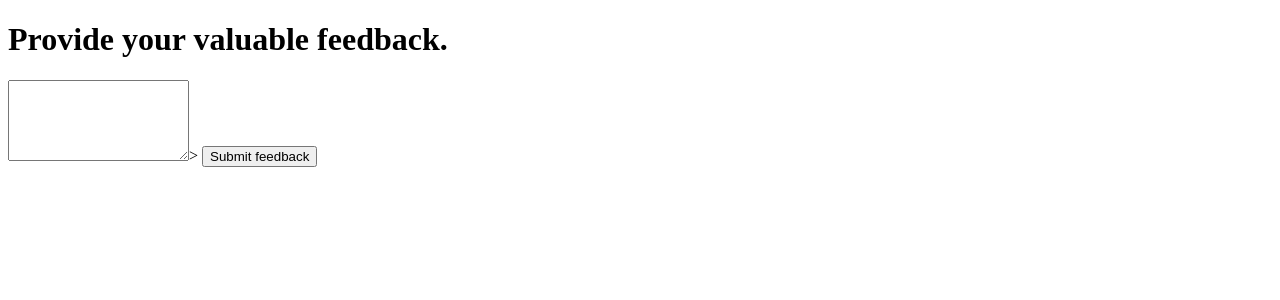
Repository: alph-a07/Java-EE
Page: http://localhost/FeedBackPage/SubmitFeedback.jsp
An editor plug-in stored every save of this project. The page is shown before and after the next save, followed by the edit.
The browser window is 1280 px wide. The pictures show the whole page.
The page is served by Tomcat 9. Other server files are loaded and not shown.

Above is the page before, as saved 2023-01-20 11:16:09.

### FeedBackPage/src/main/webapp/SubmitFeedback.jsp
<%@ page language="java" contentType="text/html; charset=ISO-8859-1"
	pageEncoding="ISO-8859-1"%>

<!DOCTYPE html>

<html>

	<head>
	<meta charset="ISO-8859-1">
	<title>Feedback page</title>
	</head>

	<body>
		<h1>Provide your valuable feedback.</h1>

		<form action="feedbackReceieved" method="post">
		<textarea rows = 5 name="feedbackParam"></textarea>>
		<input type="submit" name="submit" value="Submit feedback"/>
		</form>
	</body>
</html>

After the next save:
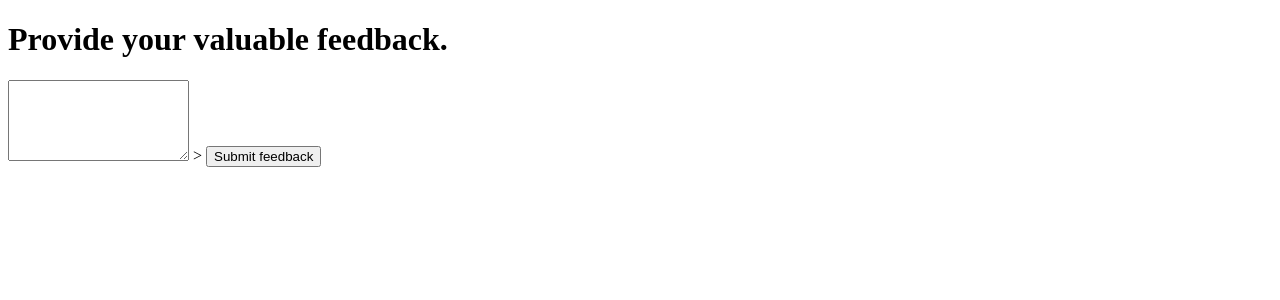
Saved 14 s later.
--- a/FeedBackPage/src/main/webapp/SubmitFeedback.jsp
+++ b/FeedBackPage/src/main/webapp/SubmitFeedback.jsp
@@ -13,9 +13,9 @@
 	<body>
 		<h1>Provide your valuable feedback.</h1>
 
-		<form action="feedbackReceieved" method="post">
-		<textarea rows = 5 name="feedbackParam"></textarea>>
-		<input type="submit" name="submit" value="Submit feedback"/>
-		</form>
-	</body>
+	<form action="feedbackReceieved" method="post">
+		<textarea rows=5 name="feedbackParam"></textarea>
+		> <input type="submit" name="submit" value="Submit feedback" />
+	</form>
+</body>
 </html>
